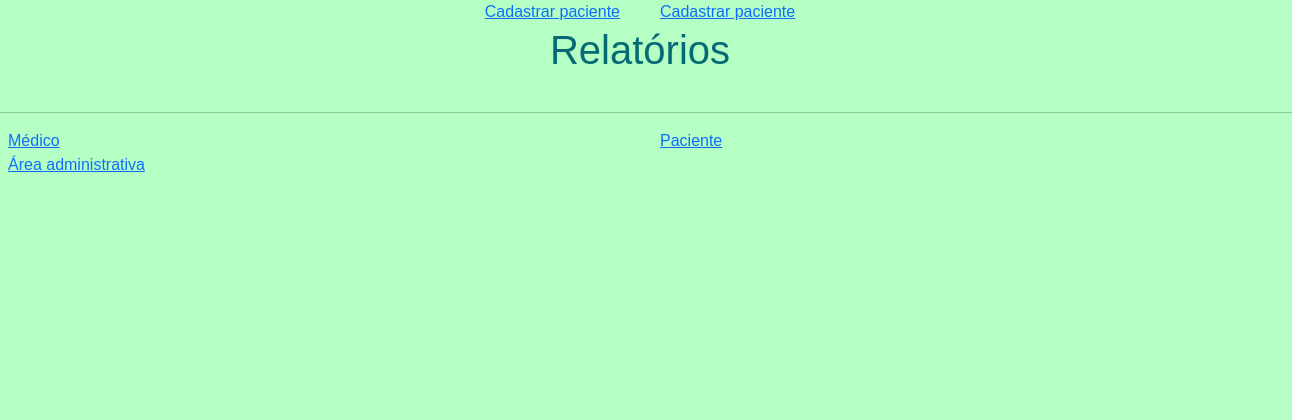
Repository: DavidCostaMariano/gsjava
Page: http://localhost/GsJava/form/opcoesAdm.jsp
The author's editor kept a copy of each file at every save. The page is drawn from the files as they stood at one save, then again after the next save.
The browser window is 1280 px wide. The page is 1292 px wide, so the pictures cover 1292 px, including what lies to the right of the window. The pictures show the whole page.
The page is served by Tomcat 9. Other server files are loaded and not shown.

Above is the page before, as saved 2023-11-23 18:57:54.

### GsJava/src/main/webapp/form/opcoesAdm.jsp
<%@ page language="java" contentType="text/html; charset=ISO-8859-1"
	pageEncoding="ISO-8859-1"%>
<!DOCTYPE html>
<html>
<head>
<meta charset="ISO-8859-1">
<title>Administração</title>
<link rel="stylesheet" type="text/css" href="../css/estilo.css" />
<link
	href="https://cdn.jsdelivr.net/npm/bootstrap@5.0.2/dist/css/bootstrap.min.css"
	rel="stylesheet"
	integrity="sha384-EVSTQN3/azprG1Anm3QDgpJLIm9Nao0Yz1ztcQTwFspd3yD65VohhpuuCOmLASjC"
	crossorigin="anonymous">
</head>
<body>
	<div class="row">
		<div class="col-6 d-flex justify-content-end">
			<div class="me-2">
				<a href="formAgendarConsulta.jsp">Cadastrar paciente</a>
			</div>
		</div>
		<div class="col-6">
			<div class="ms-2">
				<a href="formAgendarConsulta.jsp">Cadastrar paciente</a>
			</div>
		</div>
		<h1>Relatórios</h1>
		<hr>
		<div class="col-6">
			<div class="ms-2">
				<a href="formAgendarConsulta.jsp">Médico</a>
			</div>
		</div>
		<div class="col-6">
			<div class="ms-2">
				<a href="formAgendarConsulta.jsp">Paciente</a>
			</div>
		</div>
		<div class="col-6">
			<div class="ms-2">
				<a href="formAgendarConsulta.jsp">Área administrativa</a>
			</div>
		</div>
	</div>
	<script
		src="https://cdn.jsdelivr.net/npm/bootstrap@5.0.2/dist/js/bootstrap.bundle.min.js"
		integrity="sha384-MrcW6ZMFYlzcLA8Nl+NtUVF0sA7MsXsP1UyJoMp4YLEuNSfAP+JcXn/tWtIaxVXM"
		crossorigin="anonymous"></script>

</body>
</html>

### GsJava/src/main/webapp/css/estilo.css
@charset "ISO-8859-1";

body {
    height: 100vh;
    background-color: #54ff776e!important;
}

*,
*:before,
*:after {
    margin: 0;
    padding: 0;
    font-family: Arial, sans-serif;
}
select{
    padding: 10px;
    border-radius: 5px;
}
/* remove a linha dos links */
a {
    text-decoration: none;
}
/* esconde as ancoras da tela */
a.links {
    display: none;
}
form{
    width: 50%;
    border: 2px #9c9c9c solid;
    border-radius: 10px;
    padding: 20px;
    background-color: #fdffc06e;
}
.container {
    height: 100%;
    display: flex;
    justify-content: center;
    align-items: center;
}

.content {
    width: 500px;
    min-height: 560px;
    margin: 0px auto;
    position: relative;
}

h1 {
    font-size: 48px;
    color: #066a75;
    padding: 2px 0 10px 0;
    font-family: Arial, sans-serif;
    font-weight: bold;
    text-align: center;
    padding-bottom: 30px;
}

/* h1:after {
    content: ' ';
    display: block;
    width: 100%;
    height: 2px;
    margin-top: 10px;
    background: -webkit-linear-gradient(left, rgba(147, 184, 189, 0) 0%, rgba(147, 184, 189, 0.8) 20%, rgba(147, 184, 189, 1) 53%, rgba(147, 184, 189, 0.8) 79%, rgba(147, 184, 189, 0) 100%);
    background: linear-gradient(left, rgba(147, 184, 189, 0) 0%, rgba(147, 184, 189, 0.8) 20%, rgba(147, 184, 189, 1) 53%, rgba(147, 184, 189, 0.8) 79%, rgba(147, 184, 189, 0) 100%);
}
 */
p {
    margin-bottom: 15px;
}

.content p:first-child {
    margin: 0px;
}

label {
    color: #405c60;
    position: relative;
}

/* placeholder */
::-webkit-input-placeholder {
    color: #bebcbc;
    font-style: italic;
}

input:-moz-placeholder,
textarea:-moz-placeholder {
    color: #bebcbc;
    font-style: italic;
}

input {
    outline: none;
}

/*estilo dos input,  menos o checkbox */
input:not([type="checkbox"]) {
    width: 95%;
    margin-top: 4px;
    padding: 10px;
    border: 1px solid #b2b2b2;

    -webkit-border-radius: 3px;
    border-radius: 3px;

    -webkit-box-shadow: 0px 1px 4px 0px rgba(168, 168, 168, 0.6) inset;
    box-shadow: 0px 1px 4px 0px rgba(168, 168, 168, 0.6) inset;

    -webkit-transition: all 0.2s linear;
    transition: all 0.2s linear;
}

/*estilo do botão submit */
input[type="submit"] {
    width: 100% !important;
    cursor: pointer;
    background: rgb(61, 157, 179);
    padding: 8px 5px;
    color: #fff;
    font-size: 20px;
    border: 1px solid #fff;
    margin-bottom: 10px;
    text-shadow: 0 1px 1px #333;

    -webkit-border-radius: 5px;
    border-radius: 5px;

    transition: all 0.2s linear;
}

/*estilo do botão submit no hover */
input[type="submit"]:hover {
    background: #4ab3c6;
}

.link {
    position: absolute;
    background: #e1eaeb;
    color: #7f7c7c;
    left: 0px;
    height: 20px;
    width: 440px;
    padding: 17px 30px 20px 30px;
    font-size: 16px;
    text-align: right;
    border-top: 1px solid #dbe5e8;

    -webkit-border-radius: 0 0 5px 5px;
    border-radius: 0 0 5px 5px;
}

.link a {
    font-weight: bold;
    background: #f7f8f1;
    padding: 6px;
    color: rgb(29, 162, 193);
    margin-left: 10px;
    border: 1px solid #cbd518;

    -webkit-border-radius: 4px;
    border-radius: 4px;

    -webkit-transition: all 0.4s linear;
    transition: all 0.4s linear;
}

.link a:hover {
    color: #39bfd7;
    background: #f7f7f7;
    border: 1px solid #4ab3c6;
}

#cadastro,
#login {
    position: absolute;
    padding: 18px 6% 60px 6%;
    margin: 0 0 35px 0;
    background: #f7f7f7;
    border: 1px solid rgba(147, 184, 189, 0.8);
    border-radius: 5px;
}

/* Efeito ao clicar no botão ( Ir para Login ) */
#paracadastro:target~.content #cadastro,
#paralogin:target~.content #login {
    z-index: 2;
    -webkit-animation-name: fadeInLeft;
    animation-name: fadeInLeft;

    -webkit-animation-delay: .1s;
    animation-delay: .1s;
}

/* Efeito ao clicar no botão ( Cadastre-se ) */
#registro:target~.content #login,
#paralogin:target~.content #cadastro {
    -webkit-animation-name: fadeOutLeft;
    animation-name: fadeOutLeft;
}

/*fadeInLeft*/
@-webkit-keyframes fadeInLeft {
    0% {
        opacity: 0;
        -webkit-transform: translateX(-20px);
    }

    100% {
        opacity: 1;
        -webkit-transform: translateX(0);
    }
}

@keyframes fadeInLeft {
    0% {
        opacity: 0;
        transform: translateX(-20px);
    }

    100% {
        opacity: 1;
        transform: translateX(0);
    }
}

/*fadeOutLeft*/
@-webkit-keyframes fadeOutLeft {
    0% {
        opacity: 1;
        -webkit-transform: translateX(0);
    }

    100% {
        opacity: 0;
        -webkit-transform: translateX(-20px);
    }
}

@keyframes fadeOutLeft {
    0% {
        opacity: 1;
        transform: translateX(0);
    }

    100% {
        opacity: 0;
        transform: translateX(-20px);
    }
}

After the next save:
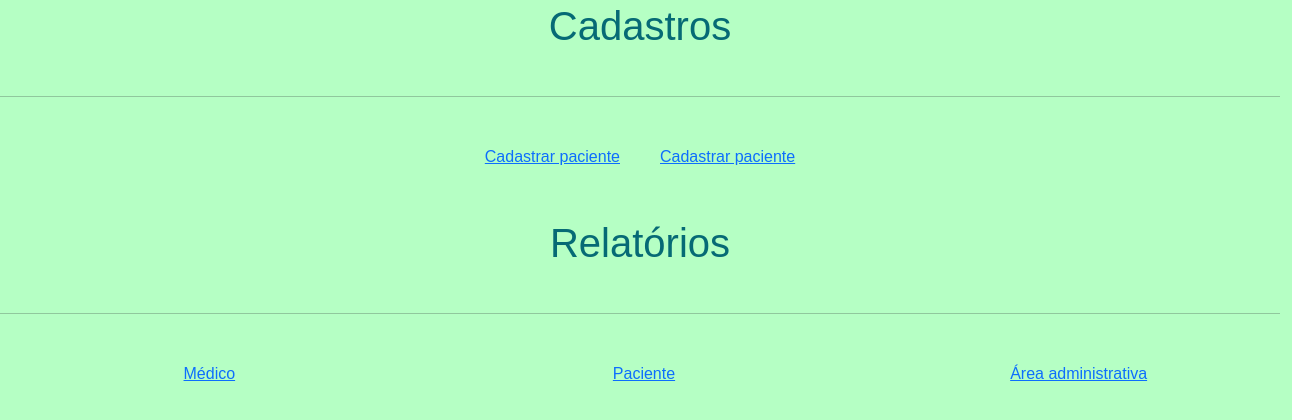
Saved 8 min 6 s later.
--- a/GsJava/src/main/webapp/form/opcoesAdm.jsp
+++ b/GsJava/src/main/webapp/form/opcoesAdm.jsp
@@ -12,8 +12,11 @@
 	integrity="sha384-EVSTQN3/azprG1Anm3QDgpJLIm9Nao0Yz1ztcQTwFspd3yD65VohhpuuCOmLASjC"
 	crossorigin="anonymous">
 </head>
+
 <body>
-	<div class="row">
+	<h1>Cadastros</h1>
+	<hr>
+	<div class="row mt-5">
 		<div class="col-6 d-flex justify-content-end">
 			<div class="me-2">
 				<a href="formAgendarConsulta.jsp">Cadastrar paciente</a>
@@ -24,28 +27,30 @@
 				<a href="formAgendarConsulta.jsp">Cadastrar paciente</a>
 			</div>
 		</div>
-		<h1>Relatórios</h1>
-		<hr>
-		<div class="col-6">
+	</div>
+	<h1 class="mt-5">Relatórios</h1>
+	<hr>
+	<div class="row mt-5">
+		<div class="col-4 d-flex justify-content-center">
 			<div class="ms-2">
 				<a href="formAgendarConsulta.jsp">Médico</a>
 			</div>
 		</div>
-		<div class="col-6">
+		<div class="col-4 d-flex justify-content-center">
 			<div class="ms-2">
 				<a href="formAgendarConsulta.jsp">Paciente</a>
 			</div>
 		</div>
-		<div class="col-6">
+		<div class="col-4 d-flex justify-content-center">
 			<div class="ms-2">
 				<a href="formAgendarConsulta.jsp">Área administrativa</a>
 			</div>
 		</div>
 	</div>
-	<script
-		src="https://cdn.jsdelivr.net/npm/bootstrap@5.0.2/dist/js/bootstrap.bundle.min.js"
+	<script src="https://cdn.jsdelivr.net/npm/bootstrap@5.0.2/dist/js/bootstrap.bundle.min.js"
 		integrity="sha384-MrcW6ZMFYlzcLA8Nl+NtUVF0sA7MsXsP1UyJoMp4YLEuNSfAP+JcXn/tWtIaxVXM"
 		crossorigin="anonymous"></script>
 
 </body>
+
 </html>
